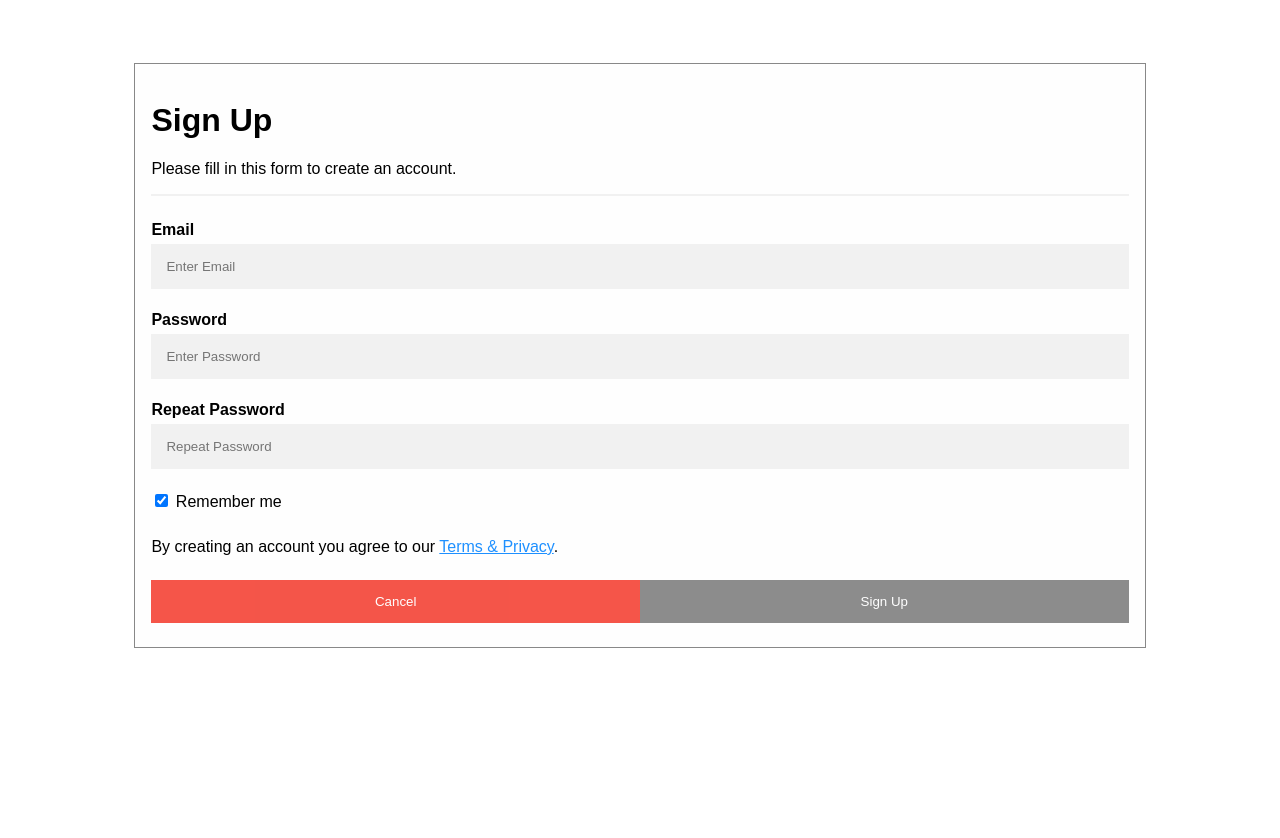
Repository: Abinesh-T/FinallDtProject
Page: http://localhost/FrontEnd/signup
These files come from the project's save history. The page is drawn as it stood at one moment and after the next save; the edit follows.
The browser window is 1280 px wide. The pictures show the whole page.
The page is served by Tomcat 9.

Above is the page before, as saved 2018-02-25 08:57:43.

After the next save:
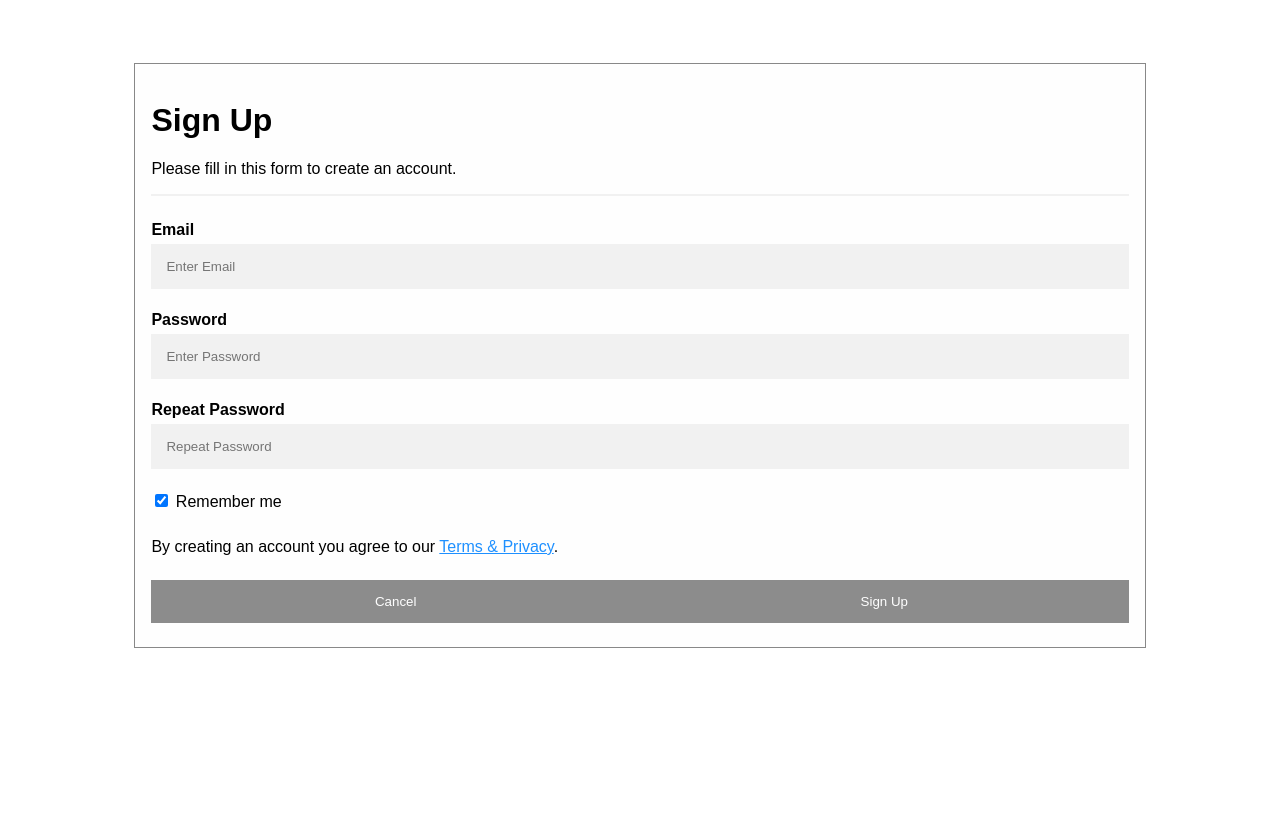
Saved 10 s later.
--- a/FrontEnd/src/main/webapp/WEB-INF/views/signup.jsp
+++ b/FrontEnd/src/main/webapp/WEB-INF/views/signup.jsp
@@ -38,7 +38,7 @@
 /* Extra styles for the cancel button */
 .cancelbtn {
     padding: 14px 20px;
-    background-color: #f44336;
+    background-color: gray;
 }
 
 /* Float cancel and signup buttons and add an equal width */
